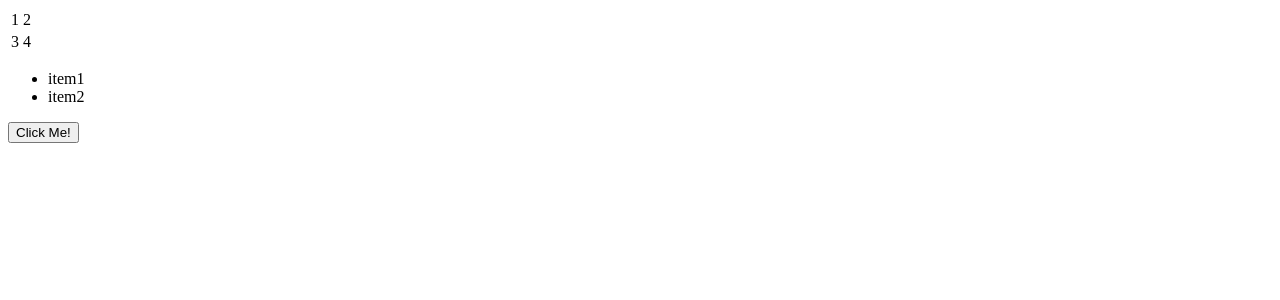
Repository: gpuhalev/InternetProgramming
Page: 04_SampleJQueryHomework/WebContent/index.html
An editor plug-in stored every save of this project. The page is shown before and after a run of saves, followed by the edit.
The browser window is 1280 px wide. The pictures show the whole page.
Some web libraries are served in a nearby version.

Above is the page before, as saved 2014-11-29 16:56:53.

### 04_SampleJQueryHomework/WebContent/index.html
<!DOCTYPE html PUBLIC "-//W3C//DTD XHTML 1.0 Transitional//EN" "http://www.w3.org/TR/xhtml1/DTD/xhtml1-transitional.dtd">
<html xmlns="http://www.w3.org/1999/xhtml">
<head>
<meta http-equiv="Content-Type" content="text/html; charset=utf-8" />
<title>JQuery Homework 1</title>
<script src="http://ajax.googleapis.com/ajax/libs/jquery/1.11.1/jquery.min.js"></script>
</head>

<body>
	<table id="numbers" class="pretty">
		<tr>
			<td>1</td>
			<td>2</td>
		</tr>
		<tr>
			<td>3</td>
			<td>4</td>
		</tr>
	</table>

	<ul id="list1">
		<li class="pretty">item1</li>
		<li class="pretty">item2</li>
	</ul>
    <button id="button">Click Me!</button>
	<script>
		$(document).ready(function(){
			$("#button").click(function(){
			   	$("#list1").append("<li class='pretty'>new item</li>");
			});
		});
	</script>
</body>
</html>

After the next 2 saves:
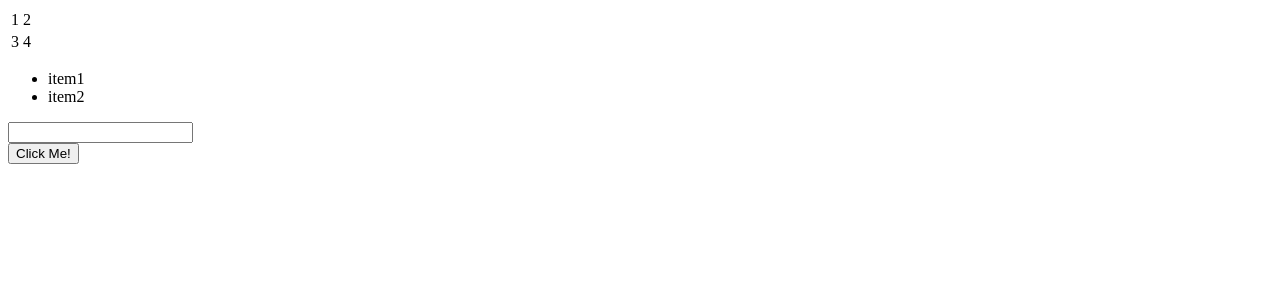
The 2 saves are shown as one change because they came seconds apart.
The last was saved 2 min 47 s later.
--- a/04_SampleJQueryHomework/WebContent/index.html
+++ b/04_SampleJQueryHomework/WebContent/index.html
@@ -22,6 +22,7 @@
 		<li class="pretty">item1</li>
 		<li class="pretty">item2</li>
 	</ul>
+	<input type="text" name="lastname"><br>
     <button id="button">Click Me!</button>
 	<script>
 		$(document).ready(function(){
